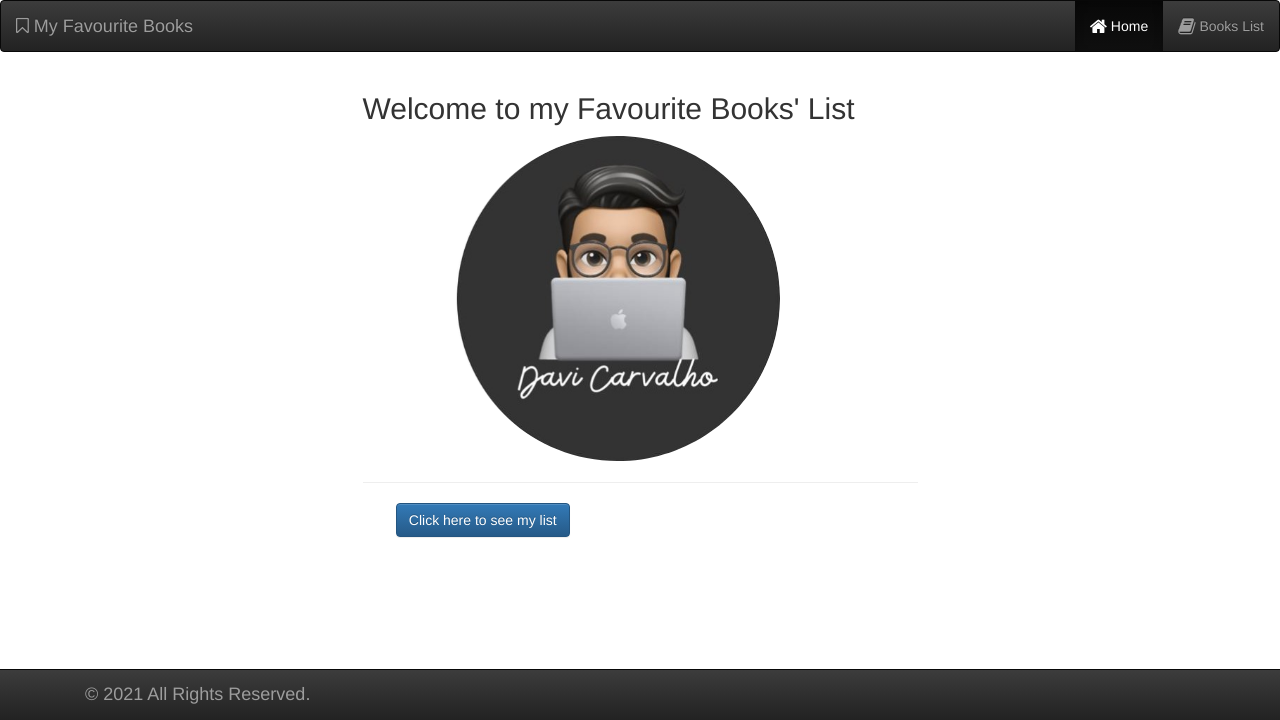
Repository: daviccarvalho/COMP229-M2021-Midterm-301154671
Page: http://localhost/
These files come from the project's save history. The page is drawn as it stood at one moment and after the next save; the edit follows.
The browser window is 1280 px wide. The pictures show the whole page.
The page is served by the project's Node server (server.js). Other server files are loaded and not shown.

Above is the page before, as saved 2021-06-22 19:06:27.

### server/views/content/index.ejs
<!--
Web App Name: Favourite Book List
Student Name: Davi Cavalcante de Carvalho
Student id# 301154671
June 22, 2021
-->
<%- include('../partials/header.ejs'); %>

    <!-- MAIN CONTENT -->
    <div class="container">
      <div class="row">
        <div class="col-md-offset-3 col-md-6">
          <h2>Welcome to my Favourite Books' List</h2>
        <img src="../../Assets/images/logo.svg" class="col-md-offset-2 pe-4 d-block img-fluid align-top">
      <hr class="my-4">
        <div class="mx-auto" style="width: 200px;">
        <a class="btn btn-primary col-md-offset-2" href="/books" role="button">Click here to see my list</a>
      </div>
      </div>
    </div>

<%- include('../partials/footer.ejs'); %>

### server/views/partials/header.ejs
<!--
Web App Name: Favourite Book List
Student Name: Davi Cavalcante de Carvalho
Student id# 301154671
June 22, 2021
-->
<!DOCTYPE html>
<html lang="en">
  <head>
    <meta charset="utf-8">
    <meta name="viewport" content="width=device-width, initial-scale=1">
    <title><%= title %></title>
    <!-- CSS SECTION -->
    <link rel="stylesheet" href="/Scripts/lib/bootstrap/dist/css/bootstrap.min.css">
    <link rel="stylesheet" href="/Scripts/lib/bootstrap/dist/css/bootstrap-theme.min.css">
    <link rel="stylesheet" href="/Scripts/lib/font-awesome/css/font-awesome.min.css">
    <link rel="stylesheet" href="/@fortawesome/fontawesome-free/css/all.min.css">
    <link rel='stylesheet' href='/Content/app.css' />
  </head>
  <body>

  <nav class="navbar navbar-inverse" role="navigation">
    <!-- Brand and toggle get grouped for better mobile display -->
    <div class="navbar-header">
      <button type="button" class="navbar-toggle" data-toggle="collapse" data-target=".navbar-ex1-collapse">
        <span class="sr-only">Toggle navigation</span>
        <span class="icon-bar"></span>
        <span class="icon-bar"></span>
        <span class="icon-bar"></span>
      </button>
      <a class="navbar-brand" href="/"><i class="fa fa-bookmark-o"></i> My Favourite Books</a>
    </div>

    <!-- Collect the nav links, forms, and other content for toggling -->
    <div class="collapse navbar-collapse navbar-ex1-collapse">
      <ul class="nav navbar-nav navbar-right">
        <% if(title == "Home") { %>
          <li class="active"><a href="/"><i class="fa fa-home fa-lg"></i> Home</a></li>
        <% } else { %>
          <li><a href="/"><i class="fa fa-home fa-lg"></i> Home</a></li>
        <% } %>

          <% if(title == "books") { %>
          <li class="active"><a href="/books"><i class="fa fa-book fa-lg">
          </i> Books List</a></li>
          <% } else { %>
            <li><a href="/books"><i class="fa fa-book fa-lg">
            </i> Books List</a></li>
          <% } %>

      </ul>
    </div><!-- /.navbar-collapse -->
  </nav>

### server/views/partials/footer.ejs
<!--
Web App Name: Favourite Book List
Student Name: Davi Cavalcante de Carvalho
Student id# 301154671
June 22, 2021
-->
<nav class="navbar navbar-inverse navbar-fixed-bottom">
  <div class="container">
    <h4  class="navbar-text">&copy; 2021 All Rights Reserved.</h4>
  </div>
</nav>



<!-- JAVASCRIPT SECTION -->
    <script src="/Scripts/lib/jquery/dist/jquery.min.js"></script>
    <script src="/Scripts/lib/bootstrap/dist/js/bootstrap.min.js"></script>
    <script src="/Scripts/app.js"></script>
  </body>
</html>

### server.js
/*
Web App Name: Favourite Book List
Student Name: Davi Cavalcante de Carvalho
Student id# 301154671
June 22, 2021*/

let app = require('./server/config/app');
let debug = require('debug')('comp308-w2019-midterm:server');
let http = require('http');

/**
 * Get port from environment and store in Express.
 */

let port = normalizePort(process.env.PORT || '3000');
app.set('port', port);

/**
 * Create HTTP server.
 */

let server = http.createServer(app);

/**
 * Listen on provided port, on all network interfaces.
 */

server.listen(port);
server.on('error', onError);
server.on('listening', onListening);

/**
 * Normalize a port into a number, string, or false.
 */

function normalizePort(val) {
  let port = parseInt(val, 10);

  if (isNaN(port)) {
    // named pipe
    return val;
  }

  if (port >= 0) {
    // port number
    return port;
  }

  return false;
}

/**
 * Event listener for HTTP server "error" event.
 */

function onError(error) {
  if (error.syscall !== 'listen') {
    throw error;
  }

  let bind = typeof port === 'string'
    ? 'Pipe ' + port
    : 'Port ' + port;

  // handle specific listen errors with friendly messages
  switch (error.code) {
    case 'EACCES':
      console.error(bind + ' requires elevated privileges');
      process.exit(1);
      break;
    case 'EADDRINUSE':
      console.error(bind + ' is already in use');
      process.exit(1);
      break;
    default:
      throw error;
  }
}

/**
 * Event listener for HTTP server "listening" event.
 */

function onListening() {
  let addr = server.address();
  let bind = typeof addr === 'string'
    ? 'pipe ' + addr
    : 'port ' + addr.port;
  debug('Listening on ' + bind);
}

### server/routes/index.js
/*
Web App Name: Favourite Book List
Student Name: Davi Cavalcante de Carvalho
Student id# 301154671
June 22, 2021
*/
// modules required for routing
let express = require('express');
let router = express.Router();
let mongoose = require('mongoose');

// define the book model
let book = require('../models/books');

/* GET home page. wildcard */
router.get('/', (req, res, next) => {
  res.render('content/index', {
    title: 'Home',
    books: ''
   });
});

module.exports = router;

### client/Assets/images/logo.svg
<svg width="326" height="327" xmlns="http://www.w3.org/2000/svg" xmlns:xlink="http://www.w3.org/1999/xlink" overflow="hidden"><defs><clipPath id="clip0"><rect x="70" y="63" width="326" height="327"/></clipPath><image width="462" height="455" xlink:href="data:[embedded picture, 33003 characters]" preserveAspectRatio="none" id="img1"></image><clipPath id="clip2"><path d="M70 226.5C70 136.754 142.754 64 232.5 64 322.246 64 395 136.754 395 226.5 395 316.246 322.246 389 232.5 389 142.754 389 70 316.246 70 226.5Z" fill-rule="evenodd" clip-rule="evenodd"/></clipPath></defs><g clip-path="url(#clip0)" transform="translate(-70 -63)"><g clip-path="url(#clip2)"><use width="100%" height="100%" xlink:href="#img1" transform="matrix(0.703463 0 0 0.714286 70 64)"></use></g></g></svg>

### client/Scripts/app.js
/* custom JS goes here */

/* pagination code from http://www.bootply.com/lxa0FF9yhw */
$.fn.pageMe = function(opts){
    var $this = this,
        defaults = {
            perPage: 7,
            showPrevNext: false,
            hidePageNumbers: false
        },
        settings = $.extend(defaults, opts);

    var listElement = $this;
    var perPage = settings.perPage;
    var children = listElement.children();
    var pager = $('.pager');

    if (typeof settings.childSelector!="undefined") {
        children = listElement.find(settings.childSelector);
    }

    if (typeof settings.pagerSelector!="undefined") {
        pager = $(settings.pagerSelector);
    }

    var numItems = children.size();
    var numPages = Math.ceil(numItems/perPage);

    pager.data("curr",0);

    if (settings.showPrevNext){
        $('<li><a href="#" class="prev_link">«</a></li>').appendTo(pager);
    }

    var curr = 0;
    while(numPages > curr && (settings.hidePageNumbers==false)){
        $('<li><a href="#" class="page_link">'+(curr+1)+'</a></li>').appendTo(pager);
        curr++;
    }

    if (settings.showPrevNext){
        $('<li><a href="#" class="next_link">»</a></li>').appendTo(pager);
    }

    pager.find('.page_link:first').addClass('active');
    pager.find('.prev_link').hide();
    if (numPages<=1) {
        pager.find('.next_link').hide();
    }
  	pager.children().eq(1).addClass("active");

    children.hide();
    children.slice(0, perPage).show();

    pager.find('li .page_link').click(function(){
        var clickedPage = $(this).html().valueOf()-1;
        goTo(clickedPage,perPage);
        return false;
    });
    pager.find('li .prev_link').click(function(){
        previous();
        return false;
    });
    pager.find('li .next_link').click(function(){
        next();
        return false;
    });

    function previous(){
        var goToPage = parseInt(pager.data("curr")) - 1;
        goTo(goToPage);
    }

    function next(){
        goToPage = parseInt(pager.data("curr")) + 1;
        goTo(goToPage);
    }

    function goTo(page){
        var startAt = page * perPage,
            endOn = startAt + perPage;

        children.css('display','none').slice(startAt, endOn).show();

        if (page>=1) {
            pager.find('.prev_link').show();
        }
        else {
            pager.find('.prev_link').hide();
        }

        if (page<(numPages-1)) {
            pager.find('.next_link').show();
        }
        else {
            pager.find('.next_link').hide();
        }

        pager.data("curr",page);
      	pager.children().removeClass("active");
        pager.children().eq(page+1).addClass("active");

    }
};

// IIFE
(function(){
  $(".btn-danger").click(function(event){
    if(!confirm("Are you sure?")) {
      event.preventDefault();
      window.location.assign("/books");
    }
  });

 /* pagination code */
  $('#myTable').pageMe(
    {pagerSelector:'#myPager',showPrevNext:true,hidePageNumbers:false,perPage:6}
    );
})();

Loaded but not shown: client/Scripts/lib/bootstrap/dist/css/bootstrap.min.css (library); client/Scripts/lib/bootstrap/dist/css/bootstrap-theme.min.css (library); client/Scripts/lib/font-awesome/css/font-awesome.min.css (library); client/Content/app.css (common file); client/Scripts/lib/jquery/dist/jquery.min.js (library); client/Scripts/lib/bootstrap/dist/js/bootstrap.min.js (library)

After the next save:
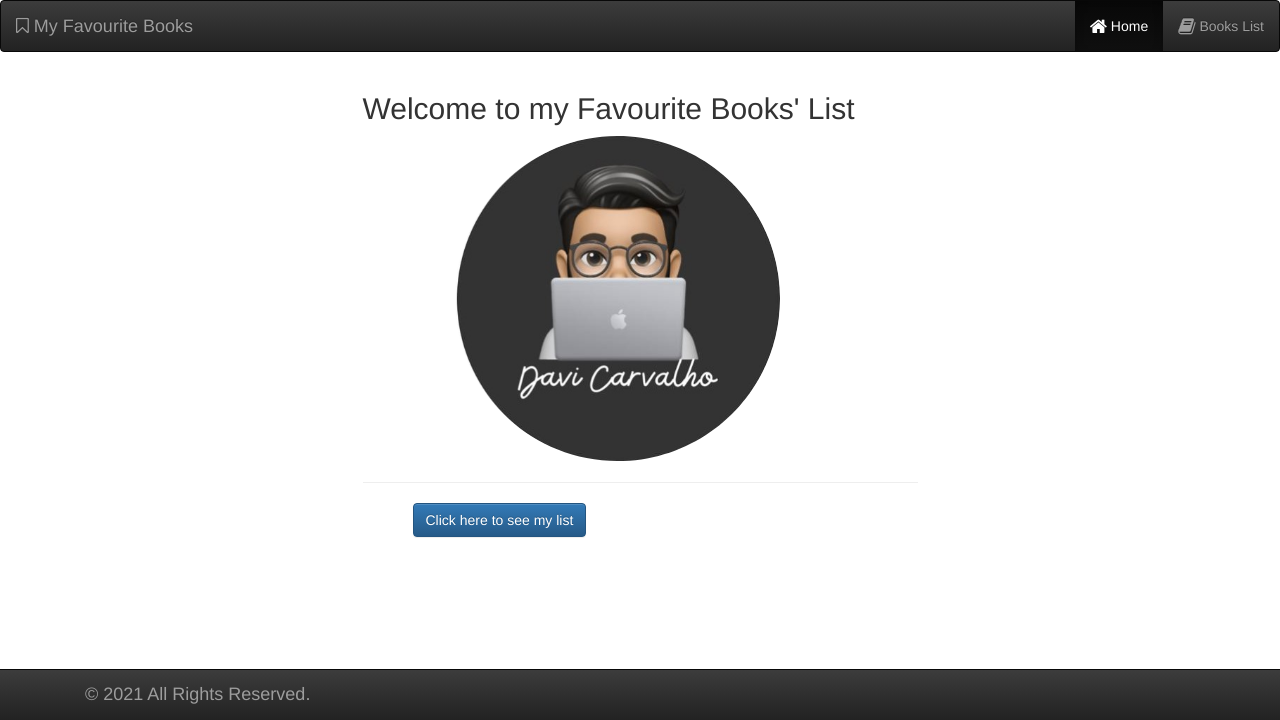
Saved 6 s later.
--- a/server/views/content/index.ejs
+++ b/server/views/content/index.ejs
@@ -14,7 +14,7 @@ June 22, 2021
         <img src="../../Assets/images/logo.svg" class="col-md-offset-2 pe-4 d-block img-fluid align-top">
       <hr class="my-4">
         <div class="mx-auto" style="width: 200px;">
-        <a class="btn btn-primary col-md-offset-2" href="/books" role="button">Click here to see my list</a>
+        <a class="btn btn-primary col-md-offset-3" href="/books" role="button">Click here to see my list</a>
       </div>
       </div>
     </div>
